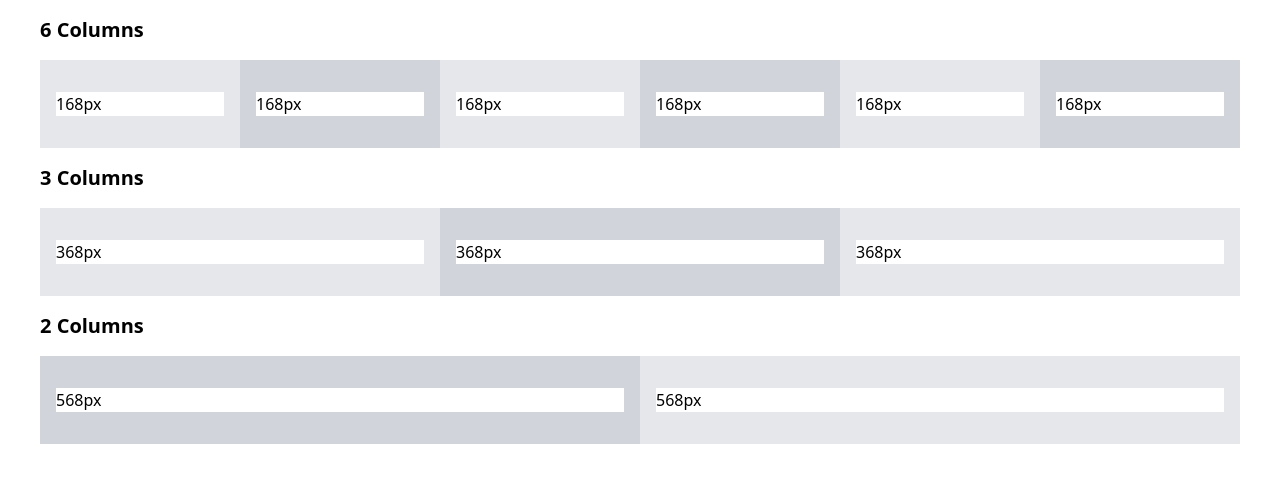
Repository: fabianwurk/vue-tailwind
Page: /
The author's editor kept a copy of each file at every save. The page is drawn from the files as they stood at one save, then again after the next save.
The browser window is 1280 px wide. The pictures show the whole page.
The project was rebuilt for these pictures with package versions that can differ from the ones it lists, and the page was loaded fresh each time. Also part of the build but not shown: vite.config.js.

Above is the page before, as saved 2021-03-15 23:37:04.

### src/App.vue
<template>
  <Tail />
  <!-- <Wind /> -->
</template>

<script setup>
import Tail from './components/Tail.vue';
// import Wind from './components/Wind.vue';

</script>

### src/components/Tail.vue
<template>
  <div>

  <div class="container mx-auto">
    <h2 class="text-xl font-bold my-4">6 Columns</h2>
    <div class="flex items-center">
      <div class="w-1/6 bg-gray-200 py-8 px-4">
        <span class="bg-white w-full block">{{ sixCol }}</span>
      </div>
      <div class="w-1/6 bg-gray-300 py-8 px-4">
        <span class="bg-white w-full block">{{ sixCol }}</span>
      </div>
      <div class="w-1/6 bg-gray-200 py-8 px-4">
        <span class="bg-white w-full block">{{ sixCol }}</span>
      </div>
      <div class="w-1/6 bg-gray-300 py-8 px-4">
        <span class="bg-white w-full block">{{ sixCol }}</span>
      </div>
      <div class="w-1/6 bg-gray-200 py-8 px-4">
        <span class="bg-white w-full block">{{ sixCol }}</span>
      </div>
      <div class="w-1/6 bg-gray-300 py-8 px-4">
        <span class="bg-white w-full block">{{ sixCol }}</span>
      </div>
    </div>
  </div>

  <div class="container mx-auto">
    <h2 class="text-xl font-bold my-4">3 Columns</h2>
    <div class="flex items-center">
      <div class="w-1/3 bg-gray-200 py-8 px-4">
        <span class="bg-white w-full block">{{ threeCol }}</span>
      </div>
      <div class="w-1/3 bg-gray-300 py-8 px-4">
        <span class="bg-white w-full block">{{ threeCol }}</span>
      </div>
      <div class="w-1/3 bg-gray-200 py-8 px-4">
        <span class="bg-white w-full block">{{ threeCol }}</span>
      </div>
    </div>
  </div>

  <div class="container mx-auto">
    <h2 class="text-xl font-bold my-4">2 Columns</h2>
    <div class="flex items-center">
      <div class="w-1/2 bg-gray-300 py-8 px-4">
        <span class="bg-white w-full block">568px</span>
      </div>
      <div class="w-1/2 bg-gray-200 py-8 px-4">
        <span class="bg-white w-full block">568px</span>
      </div>
    </div>
  </div>

  </div>
</template>

<script>
export default {
  data() {
    return {
      sixCol: "168px",
      threeCol: "368px",
      twoCol: "568px",
    };
  },
}
</script>

### tailwind.config.js
module.exports = {
  purge: ['./index.html', './src/**/*.{vue,js,ts,jsx,tsx}'],
  darkMode: false, // or 'media' or 'class'
  theme: {
    extend: {
      screens: {
        'xl': {'min': '1200px', 'max': '1280px'},
        '2xl': {'max': '1280px'},
      },
    },
  },
  variants: {
    extend: {},
  },
  plugins: [],
}

Loaded but not shown: index.html (common file); src/main.js (common file); src/index.css (common file)

After the next save:
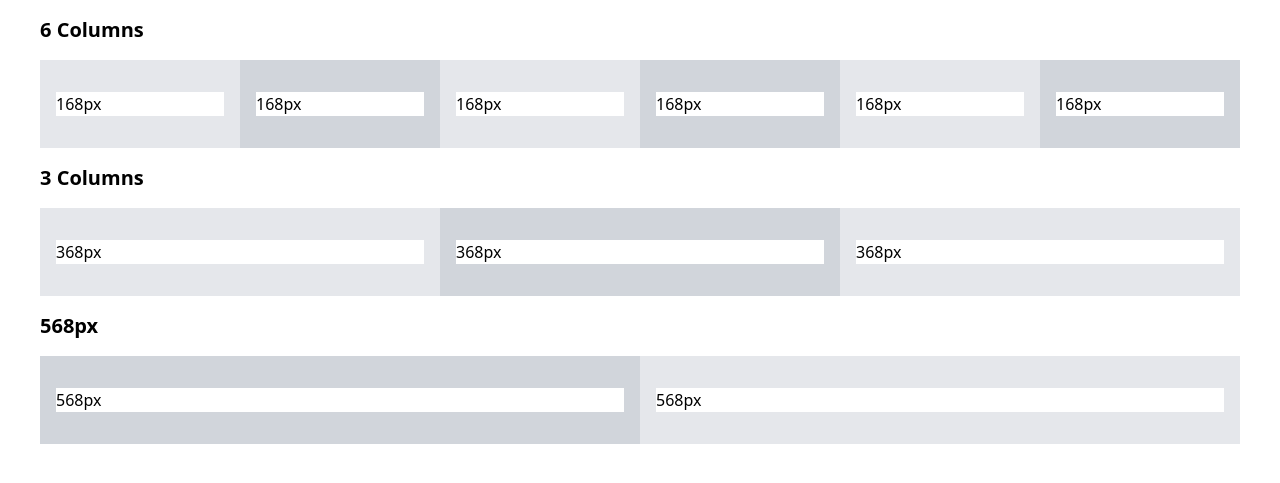
Saved 20 s later.
--- a/src/components/Tail.vue
+++ b/src/components/Tail.vue
@@ -41,13 +41,13 @@
   </div>
 
   <div class="container mx-auto">
-    <h2 class="text-xl font-bold my-4">2 Columns</h2>
+    <h2 class="text-xl font-bold my-4">{{ twoCol }}</h2>
     <div class="flex items-center">
       <div class="w-1/2 bg-gray-300 py-8 px-4">
-        <span class="bg-white w-full block">568px</span>
+        <span class="bg-white w-full block">{{ twoCol }}</span>
       </div>
       <div class="w-1/2 bg-gray-200 py-8 px-4">
-        <span class="bg-white w-full block">568px</span>
+        <span class="bg-white w-full block">{{ twoCol }}</span>
       </div>
     </div>
   </div>
